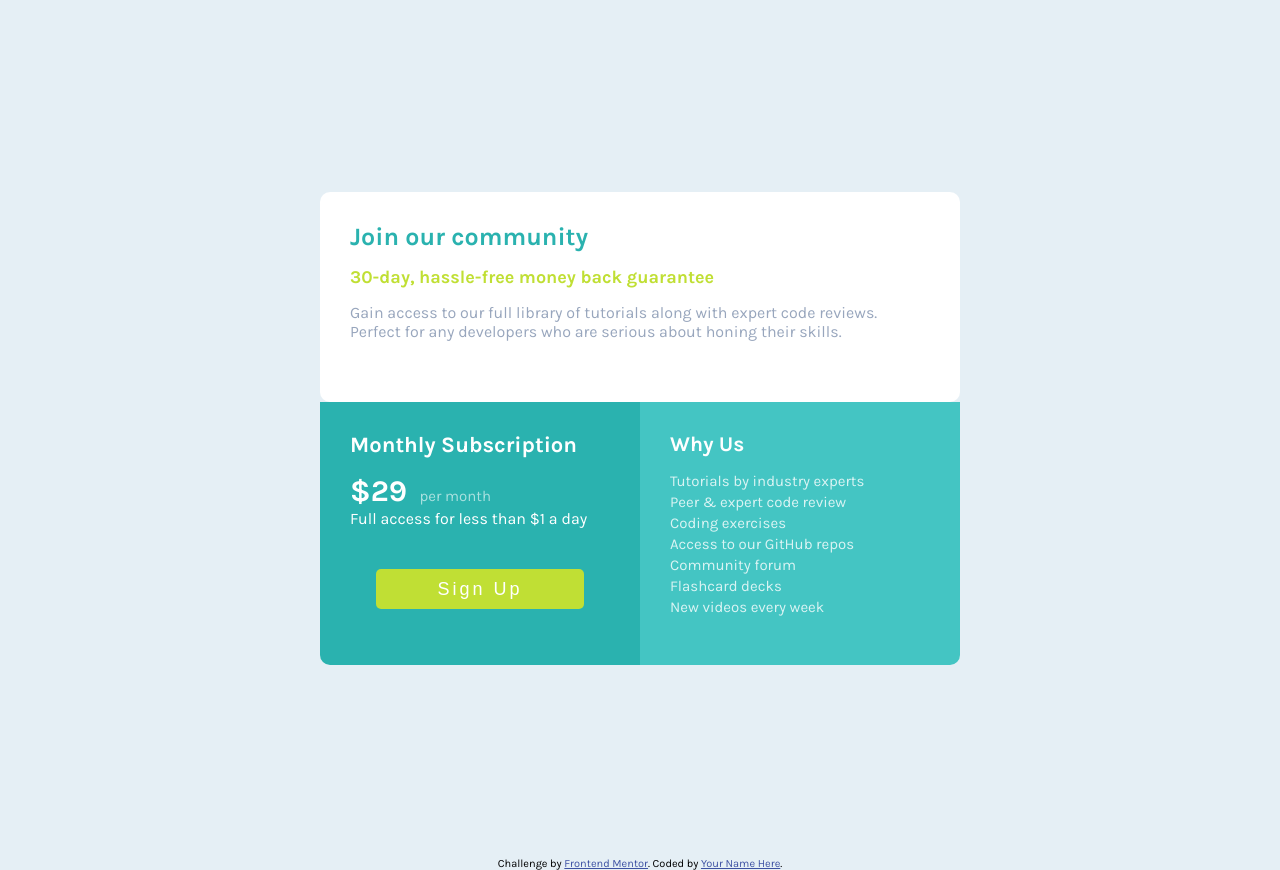
Repository: Pedrohamoura-Git/Frontend-Mentor-Challenges
Page: Newbie/single-price-grid-component-master/index.html
These files come from the project's save history. The page is drawn as it stood at one moment and after the next save; the edit follows.
The browser window is 1280 px wide. The pictures show the whole page.

Above is the page before, as saved 2021-05-31 16:01:42.

### Newbie/single-price-grid-component-master/index.html
<!DOCTYPE html>
<html lang="en">
<head>
  <meta charset="UTF-8">
  <meta name="viewport" content="width=device-width, initial-scale=1.0"> <!-- displays site properly based on user's device -->

  <link rel="stylesheet" href="css/style.css">
  <title>Frontend Mentor | Single Price Grid Component</title>

  <!-- Feel free to remove these styles or customise in your own stylesheet 👍 -->
  <style>
    .attribution { font-size: 11px; text-align: center; }
    .attribution a { color: hsl(228, 45%, 44%); }
  </style>
</head>
<body>
  <div id="wrapper">
    <header id="card1">
      <h1>Join our community</h1>
      <h2>30-day, hassle-free money back guarantee</h2>
      <p>Gain access to our full library of tutorials along with expert code reviews. Perfect for any developers who are serious about honing their skills.</p>
    </header>

    <div id="columns">
      <div id="card2">
        <h2>Monthly Subscription</h2>
        <h3 class="price">&dollar;29</h3>
        <span>per month</span>
        <p>Full access for less than &dollar;1 a day</p>

        <form action="#">
          <input type="submit" value="Sign Up" name="Sign Up" id="signup">
          </input>
        </form>
      </div>

      <div id="card3">
        <h2>Why Us</h2>
        <p>Tutorials by industry experts<br>
          Peer &amp; expert code review<br>
          Coding exercises<br>
          Access to our GitHub repos<br>
          Community forum<br>
          Flashcard decks<br>
          New videos every week</p>
      </div>
    </div>

  </div>








  <footer>
    <p class="attribution">
      Challenge by <a href="https://www.frontendmentor.io?ref=challenge" target="_blank">Frontend Mentor</a>.
      Coded by <a href="#">Your Name Here</a>.
    </p>
  </footer>
</body>
</html>

### Newbie/single-price-grid-component-master/css/style.css
/*
** Core Formatting
*/
    @import url('https://fonts.googleapis.com/css2?family=Karla:wght@400;700&display=swap');

    * {
        padding: 0;
        margin: 0;
        box-sizing: border-box;
    }

    html {
        font-size: 62.5%;
    }

    body {
        background-color: hsl(204, 43%, 93%);
        font-family: Karla;
    }


/*
** Mobile - Wrapper
*/
    #wrapper {
        border-radius: 1rem;
        box-shadow: 5px 10px 10 rgba(0, 0, 0, .5);
        display: grid;
        grid-template-rows: repeat(auto-fit, minmax(200px, 1fr));
        margin: 15% auto;
        width: 90%;

        /* border: 1px solid red; */
    }

    #card1, #card2, #card3 {
        padding: 1.5rem;
        min-height: 210px;
    }

    /*
    ** Card 1
    */
        #card1 {
            background-color: white;
            border-radius: 1rem;
        }

        #card1 h1 {
            color: hsl(179, 62%, 43%);
            font-size: 2.5rem;
            margin-bottom: 1.5rem;
        }

        #card1 h2 {
            color: hsl(71, 73%, 54%);
            font-size: 1.8rem;
            margin-bottom: 1.5rem;
        }

        #card1 p {
            margin-bottom: 1.5rem;
            color: hsl(218, 22%, 67%);
            font-size: 1.6rem;
            margin-bottom: 1.5rem;
        }



    /*
    ** Card 2
    */
        #card2 {
            color: white;
            background-color: hsl(179, 62%, 43%);
        }

        #card2 h2 {
            font-size: 2.2rem;
            margin-bottom: 1.5rem;
        }

        #card2 h3.price {
            display: inline;
            font-size: 3rem;
            font-weight: 700;
            margin-bottom: 1.5rem;
        }

        #card2 span {
            font-size: 1.5rem;
            margin-left: 1rem;
            margin-bottom: 1rem;
            opacity: 60%;
        }

        #card2 p {
            font-size: 1.6rem;
            margin-bottom: 1.5rem;
        }

        #card2 form input {
            background-color: hsl(71, 73%, 54%);
            border: none;
            border-radius: .5rem;
            color: white;
            font-size: 1.8rem;
            letter-spacing: .3rem;
            margin: 10%;
            width: 80%;
            height: 4rem;

        }

        #card2 input:hover, input:active {
            background-color: hsl(71, 93%, 62%);
            color: hsl(179, 62%, 43%);
        }





        #card3 {
            background-color: hsl(179, 53%, 52%);
            border-bottom-left-radius: 1rem;
            border-bottom-right-radius: 1rem;
            color: white;
        }

        #card3 h2 {
            font-size: 2.1rem;
            margin-bottom: 1.5rem;
        }

        #card3 p {
            font-size: 1.5rem;
            line-height: 2.1rem;
            opacity: 80%;
        }


    /*
    ** Tablets & Desktops
    */
        @media (min-width: 600px) {
            #wrapper {
                display: block;
                max-width: 640px;

                /* border: 1px solid red; */
            }

            #columns {
                display: grid;
                grid-template-columns: repeat(auto-fit, minmax(50%, 1fr));
            }

            #card1 {
                padding: 3rem;
            }

            #card2 {
                border-bottom-left-radius: 1rem;
                padding: 3rem;

            }

            #card3 {
                border-bottom-left-radius: 0;
                padding: 3rem;
            }

        }

After the next save:
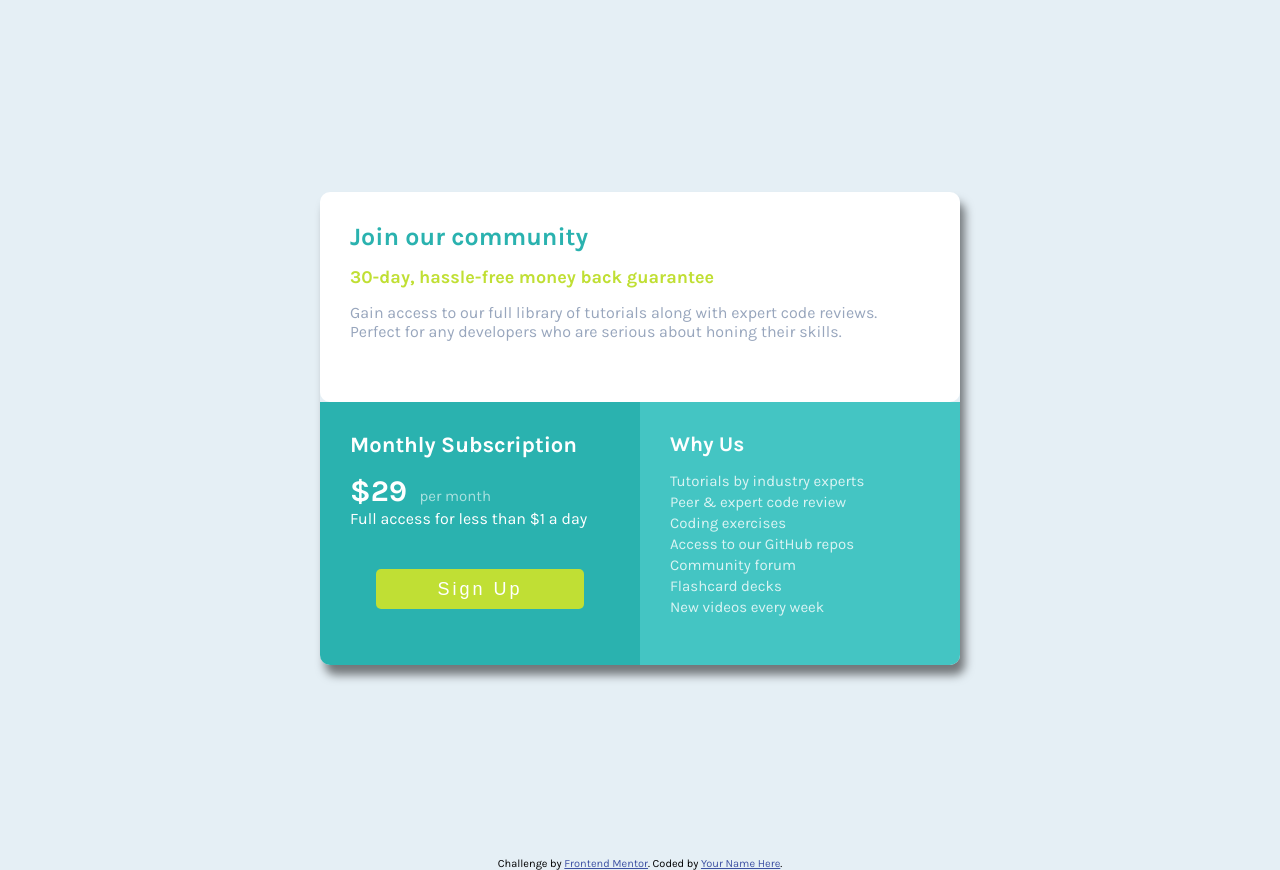
Saved 1 s later.
--- a/Newbie/single-price-grid-component-master/css/style.css
+++ b/Newbie/single-price-grid-component-master/css/style.css
@@ -24,7 +24,7 @@
 */
     #wrapper {
         border-radius: 1rem;
-        box-shadow: 5px 10px 10 rgba(0, 0, 0, .5);
+        box-shadow: 5px 10px 10px rgba(0, 0, 0, .5);
         display: grid;
         grid-template-rows: repeat(auto-fit, minmax(200px, 1fr));
         margin: 15% auto;

After the 2 saves that followed:
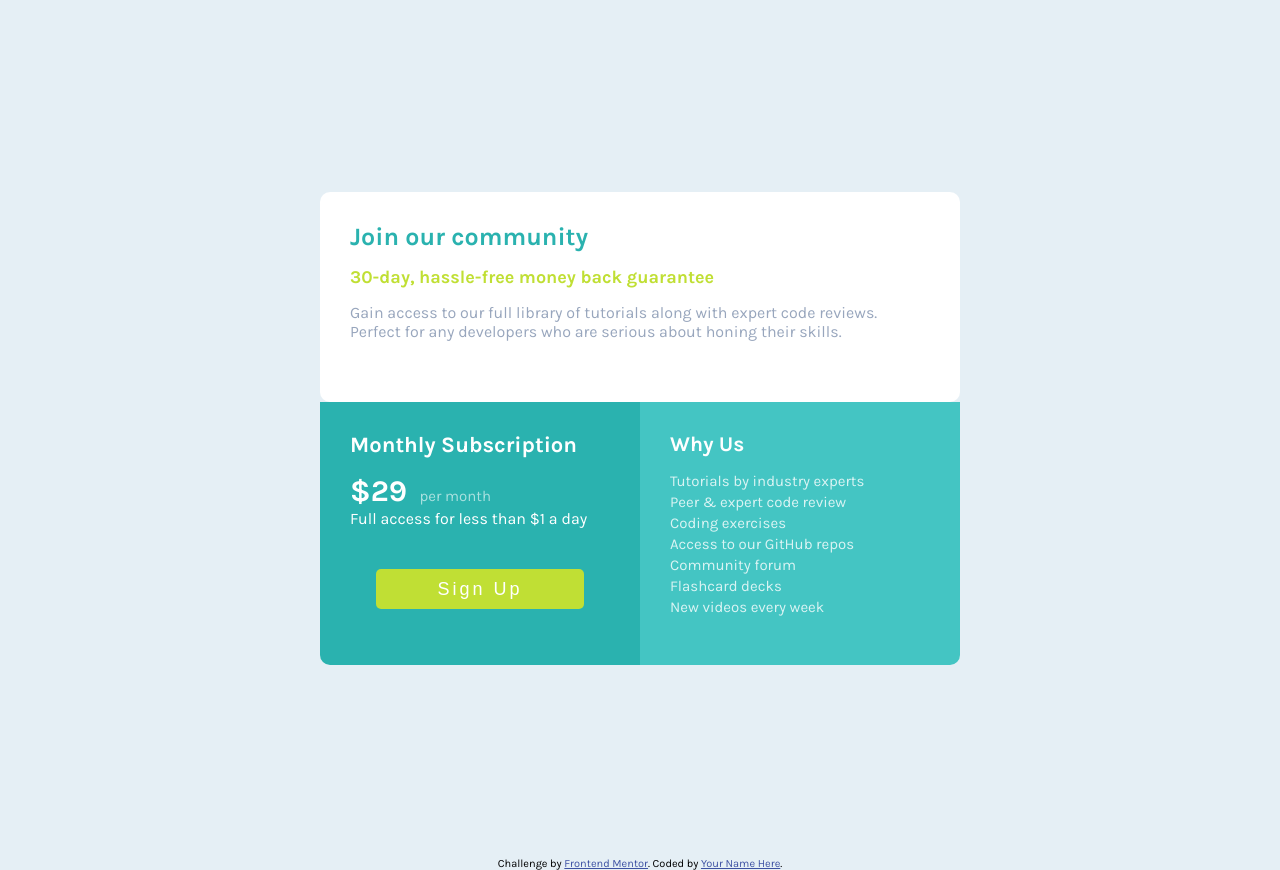
The 2 saves are shown as one change because 1 left the picture as it was.
The last was saved 12 s later.
--- a/Newbie/single-price-grid-component-master/css/style.css
+++ b/Newbie/single-price-grid-component-master/css/style.css
@@ -24,7 +24,7 @@
 */
     #wrapper {
         border-radius: 1rem;
-        box-shadow: 5px 10px 10px rgba(0, 0, 0, .5);
+        box-shadow: 5px 10px 1 rgba(0, 0, 0, .5);
         display: grid;
         grid-template-rows: repeat(auto-fit, minmax(200px, 1fr));
         margin: 15% auto;
